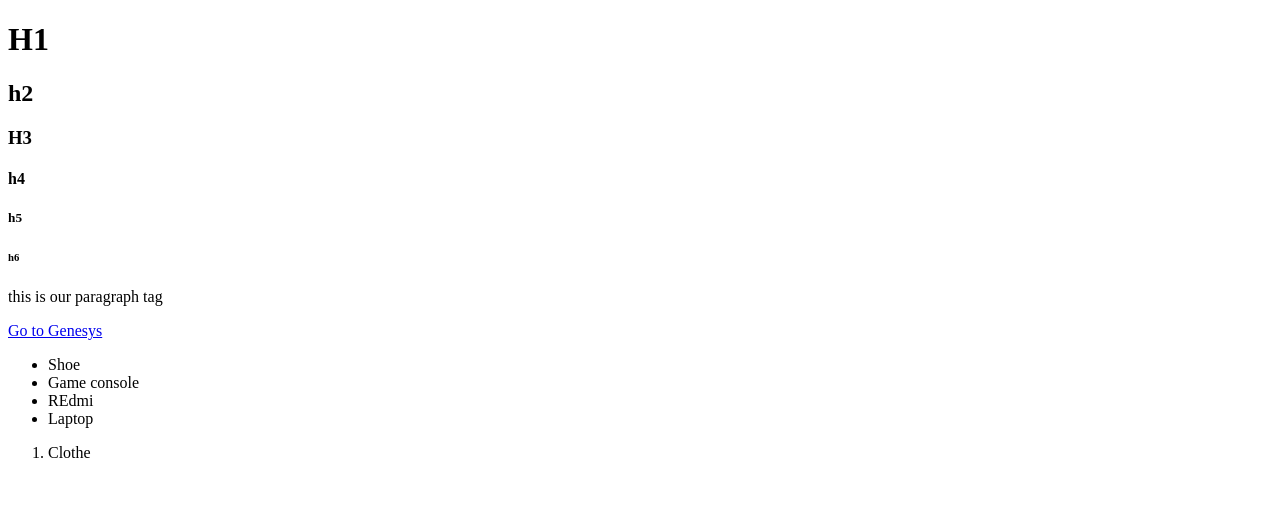
Repository: Ifenna-Pascal/firstRepo
Page: index.html
These files come from the project's save history. The page is drawn as it stood at one moment and after the next save; the edit follows.
The browser window is 1280 px wide. The pictures show the whole page.

Above is the page before, as saved 2023-07-14 12:21:18.

### index.html
<!DOCTYPE html>
<html lang="eng">
<head>
<title>Codeville</title>
<meta name="description" content="this is an introduction page site">
<link rel="stylesheet" href="./about/about.css">
<style>
</style>
</head>
<body>
    <!-- THESE ARE OUR HEADER TAGS H1-H6 -->
    <h1>H1</h1>
    <h2>h2</h2>
    <h3>H3</h3>
    <h4>h4</h4>
    <h5>h5</h5>
    <h6>h6</h6>
    <!-- THIS IS OUR PARAGRAPH TAG -->
    <p>this is our paragraph tag</p>
    <!-- <article>
        Lorem ipsum dolor sit amet, consectetur adipisicing elit. Deserunt enim,
         soluta qui quaerat sapiente hic quisquam incidunt molestias cupiditate
         ipsa ad animi, officiis in. Dolores, possimus? Tempore ducimus voluptas
          tenetur pariatur iusto dolores necessitatibus magnam consectetur facere
           voluptate, esse ipsa nemo unde fugiat neque cumque rem quia sunt quas ea a debitis totam natus ipsam. Voluptas sapiente sint
            accusantium laboriosam, ipsa, maxime excepturi possimus harum ducimus quo quia soluta facilis molestiae perspiciatis delectus consectetur ratione
            <h1> dolores. Veniam molestias voluptates</h1> quod rerum labore reprehenderit laborum voluptatem, sint harum id sit nulla, omnis alias earum ab ex, temporibus accusamus est consequatur quibusdam vero assumenda? Sit perferendis optio ex. Optio praesentium illo quas commod
             i tempore adipisci aliquid numquam. Dicta nulla quibusdam provident quis voluptates dolorem ipsa rem ab ratione omnis aspernatur odit reiciendis labore fuga distinctio, porro incidunt quidem necessitatibus, doloremque numquam molestias cumque sit delectus. Optio perspiciatis voluptas quos vel dignissimos, tenetur, dicta corporis minus, accusantium in ipsam eaque sit minima commodi reprehenderit incidunt nulla quas rem nam officiis. Beatae inventore
             ea ex cumque nam exercitationem fuga aliquid cum! Voluptatum voluptate optio tempora accusantium numquam temporibus similique ullam at nesciunt facere harum, omnis, modi dolore
              necessitatibus, sed nihil doloremque odio eum quo.
    </article> -->
    <!-- <div>
        Lorem ipsum dolor sit amet, consectetur adipisicing elit. Qui eveniet minus est iste, nisi atque ipsum aliquam saepe provident iure molestias ea? Commodi quod culpa consequatur! Dolor enim atque vero?
    </div>
    <section id="sectionOne">
        <span id="spanOne">Lorem ipsum dolor sit, amet consectetur adipisicing elit. Ipsum, consequuntur.t</span>
        <span>Lorem ipsum <b>dolor</b> sit amet consectetur.</span>
    </section> -->
    <a href="https://www.genesystechhub.com/" title="Linkk" target="_blank">Go to Genesys</a>
    <ul>
        <li>Shoe</li>
        <li>Game console</li>
        <li>REdmi</li>
        <li>Laptop</li>
    </ul>
    <ol>
        <li>Clothe</li>
    </ol>
</body>
</html>

Loaded but not shown: about/about.css (no stored copy; drawn as an empty file)

After the next save:
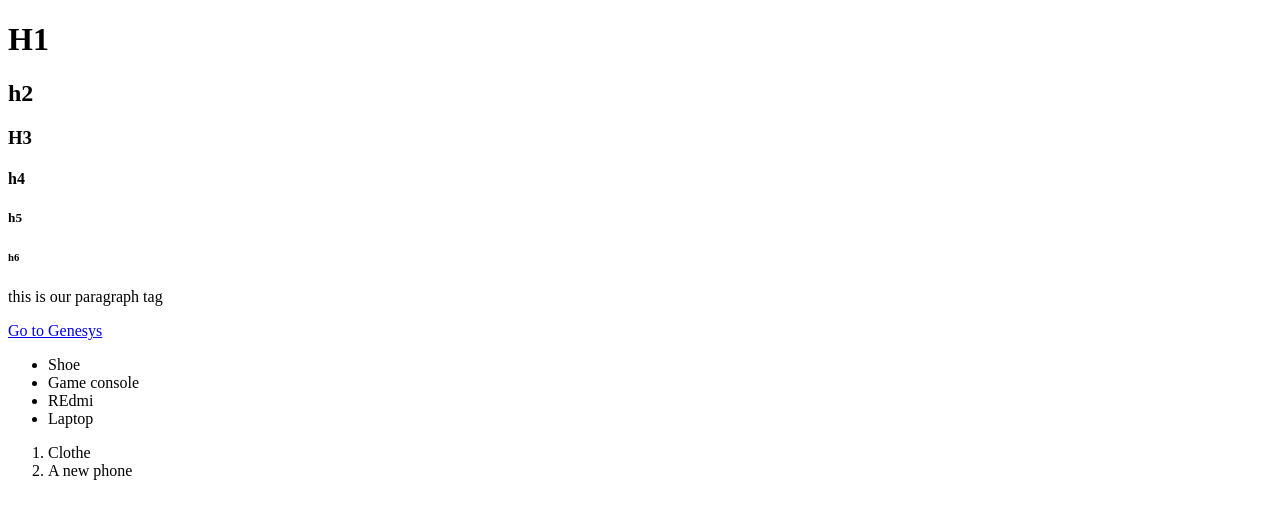
Saved 15 s later.
--- a/index.html
+++ b/index.html
@@ -45,6 +45,7 @@
     </ul>
     <ol>
         <li>Clothe</li>
+        <li>A new phone</li>
     </ol>
 </body>
 </html>
